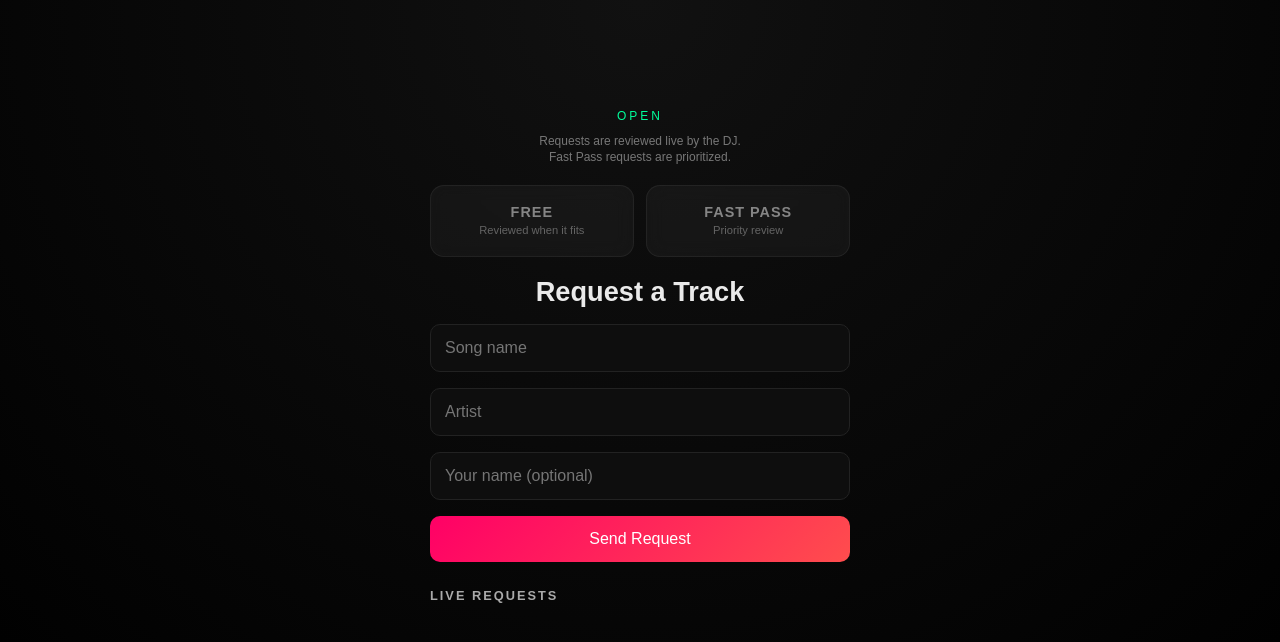
Repository: AryanHeravi/DJ-Request
Page: song_request.html
An editor plug-in stored every save of this project. The page is shown before and after the next save, followed by the edit.
The browser window is 1280 px wide. The pictures show the whole page.

Above is the page before, as saved 2026-02-03 06:40:27.
Console error: ReferenceError: emailjs is not defined

After the next save:
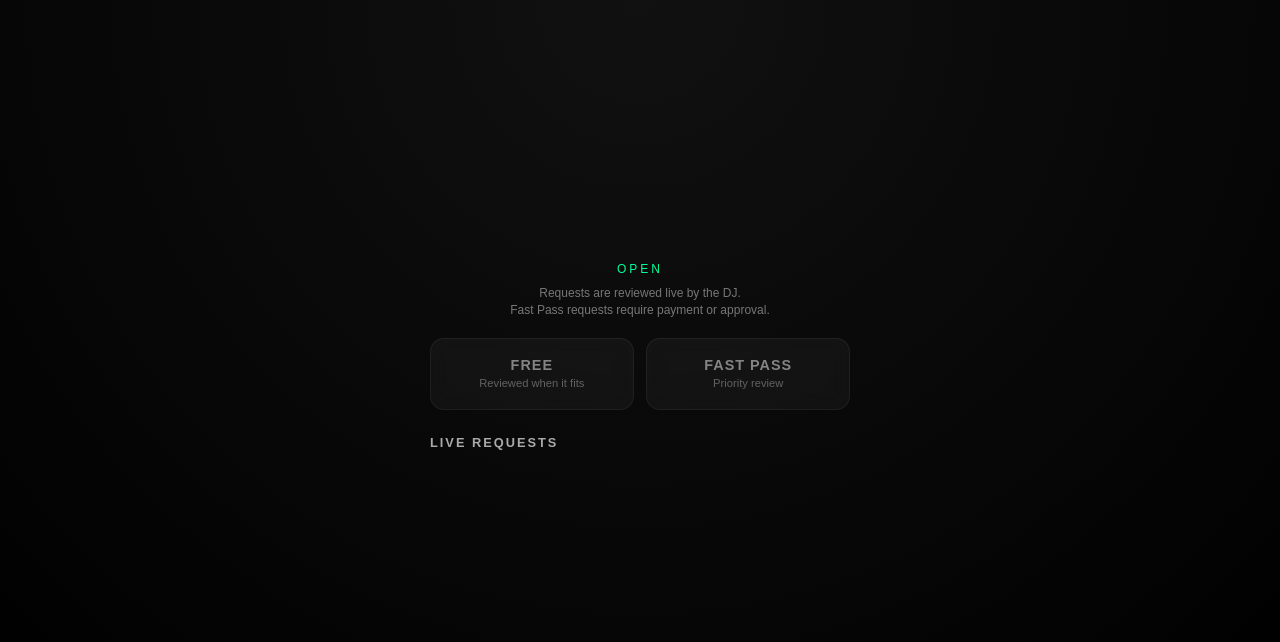
Saved 5 min 17 s later.
--- a/song_request.html
+++ b/song_request.html
@@ -16,7 +16,7 @@ body {
   display: flex;
   justify-content: center;
   align-items: center;
-  height: 100vh;
+  min-height: 100vh;
 }
 
 .container {
@@ -44,9 +44,7 @@ h1 {
   margin-bottom: 1rem;
 }
 
-/* =========================
-   FAST PASS BUTTONS
-   ========================= */
+/* Tier Buttons */
 .tier-select {
   display: flex;
   gap: 0.8rem;
@@ -84,10 +82,8 @@ h1 {
   box-shadow: 0 0 0 1px rgba(255,77,77,0.4);
 }
 
-/* ========================= */
-
-input,
-button {
+/* Form & buttons */
+input, button {
   width: 100%;
   padding: 14px;
   box-sizing: border-box;
@@ -112,7 +108,6 @@ button {
   color: #fff;
 }
 
-.review-btn,
 .paypal-btn {
   background: #111;
   border: 1px solid #333;
@@ -120,9 +115,7 @@ button {
   margin-top: 0.7rem;
 }
 
-.hidden {
-  display: none;
-}
+.hidden { display: none; }
 
 .tip-note {
   font-size: 0.85rem;
@@ -130,9 +123,7 @@ button {
   margin: 0.8rem 0;
 }
 
-/* =========================
-   LIVE REQUESTS BOARD
-   ========================= */
+/* Live requests board */
 .board {
   margin-top: 1.6rem;
   text-align: left;
@@ -164,19 +155,16 @@ button {
 </head>
 
 <body>
-
 <div class="container">
 
   <div class="status">OPEN</div>
 
   <div class="note">
     Requests are reviewed live by the DJ.<br>
-    Fast Pass requests are prioritized.
-  </div>
-
-  <!-- =========================
-       FAST PASS SELECTOR
-       ========================= -->
+    Fast Pass requests require payment or approval.
+  </div>
+
+  <!-- Tier Selector -->
   <div class="tier-select">
     <div class="tier-btn" data-tier="free">
       <strong>FREE</strong>
@@ -188,7 +176,8 @@ button {
     </div>
   </div>
 
-  <form id="songForm">
+  <!-- Song Form -->
+  <form id="songForm" class="hidden">
     <h1>Request a Track</h1>
 
     <input name="song" placeholder="Song name" required />
@@ -196,27 +185,29 @@ button {
     <input name="name" placeholder="Your name (optional)" />
     <input type="hidden" name="tier" id="tierInput" />
 
-    <button class="submit-btn" type="submit">
-      Send Request
-    </button>
+    <button class="submit-btn" type="submit">Send Request</button>
   </form>
 
+  <!-- PayPal button for Fast Pass -->
+  <div id="fastPassPay" class="hidden">
+    <a href="https://paypal.me/aryaux" target="_blank">
+      <button class="paypal-btn">Pay Fast Pass</button>
+    </a>
+    <div class="tip-note">
+      Once payment is completed, DJ will approve your request manually.
+    </div>
+  </div>
+
+  <!-- Thank you -->
   <div id="thankYou" class="hidden">
     <h1>Request Sent</h1>
-
     <div class="tip-note">
       Thanks for your request.<br>
       If it fits the vibe, it’ll be played shortly.
     </div>
-
-    <a href="https://paypal.me/aryaux" target="_blank">
-      <button class="paypal-btn">Tip via PayPal</button>
-    </a>
-  </div>
-
-  <!-- =========================
-       LIVE REQUESTS BOARD
-       ========================= -->
+  </div>
+
+  <!-- Live Requests Board -->
   <div class="board">
     <h2>LIVE REQUESTS</h2>
     <div id="requests"></div>
@@ -232,12 +223,14 @@ const thankYou = document.getElementById('thankYou');
 const requestsEl = document.getElementById('requests');
 const tierButtons = document.querySelectorAll('.tier-btn');
 const tierInput = document.getElementById('tierInput');
+const fastPassPay = document.getElementById('fastPassPay');
 
 let selectedTier = null;
 const requests = [];
+const pendingFastPass = []; // Fast Pass pending approval
 
 /* =========================
-   TIER SELECTION
+   Tier Selection
    ========================= */
 tierButtons.forEach(btn => {
   btn.addEventListener('click', () => {
@@ -245,11 +238,19 @@ tierButtons.forEach(btn => {
     btn.classList.add('active');
     selectedTier = btn.dataset.tier;
     tierInput.value = selectedTier;
+
+    if(selectedTier === "free") {
+      form.classList.remove('hidden');
+      fastPassPay.classList.add('hidden');
+    } else {
+      form.classList.add('hidden'); // Fast Pass locked until payment or approval
+      fastPassPay.classList.remove('hidden');
+    }
   });
 });
 
 /* =========================
-   RENDER REQUESTS
+   Render Requests
    ========================= */
 function renderRequests() {
   requestsEl.innerHTML = "";
@@ -258,44 +259,55 @@ function renderRequests() {
     div.className = "request";
     div.innerHTML = `
       <strong>${r.song}</strong> — ${r.artist}
-      <span>${r.tier === "fastpass" ? "FAST PASS • just now" : "FREE • just now"}</span>
+      <span>${r.tier === "fastpass" ? "FAST PASS" : "FREE"} • ${r.time}</span>
     `;
     requestsEl.appendChild(div);
   });
 }
 
 /* =========================
-   FORM SUBMISSION
+   Form Submission
    ========================= */
 form.addEventListener('submit', e => {
   e.preventDefault();
-
-  if (!selectedTier) {
-    alert("Please choose Free or Fast Pass");
+  if(!selectedTier) {
+    alert("Please select Free or Fast Pass");
     return;
   }
 
   const song = form.song.value.trim();
   const artist = form.artist.value.trim();
-
-  requests.push({
-    song,
-    artist,
-    tier: selectedTier
-  });
-
-  renderRequests();
-
-  emailjs.sendForm(
-    'service_cxyssu6',
-    'template_p4a4m3t',
-    form
-  ).then(() => {
+  const tier = selectedTier;
+
+  if(!song || !artist) return;
+
+  if(tier === "free") {
+    requests.push({ song, artist, tier, time:"just now" });
+    renderRequests();
+  } else {
+    // Fast Pass goes to pending until approved by DJ
+    pendingFastPass.push({ song, artist, tier, time:"pending" });
+    alert("Fast Pass request is pending DJ approval");
+  }
+
+  // Send email via EmailJS
+  emailjs.sendForm('service_cxyssu6','template_p4a4m3t',form)
+  .then(() => {
     form.classList.add('hidden');
     thankYou.classList.remove('hidden');
   });
 });
+
+/* =========================
+   ADMIN APPROVAL FUNCTION
+   Call approveFastPass(index) to approve pending Fast Pass
+   ========================= */
+function approveFastPass(index) {
+  const approved = pendingFastPass.splice(index,1)[0];
+  approved.time = "just now";
+  requests.push(approved);
+  renderRequests();
+}
 </script>
-
 </body>
 </html>
